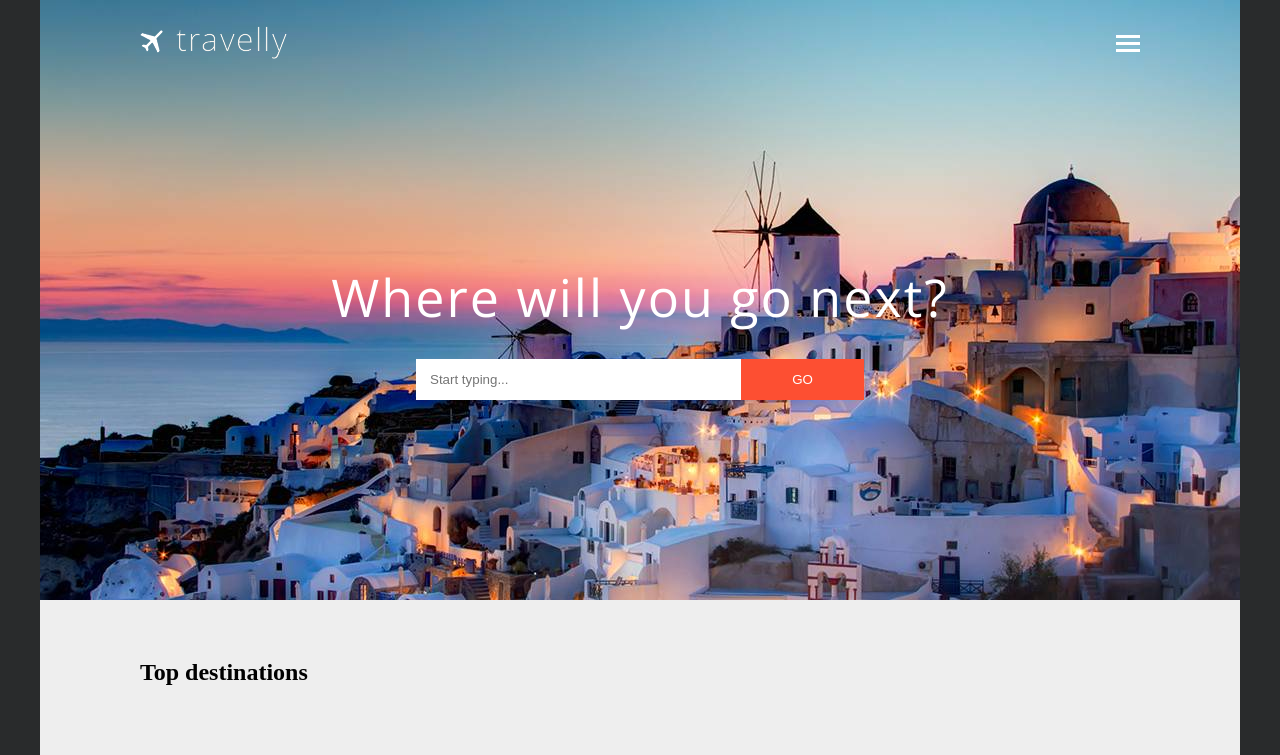
Repository: YusifHasanov/Web-Page-Template
Page: index.html
The author's editor kept a copy of each file at every save. The page is drawn from the files as they stood at one save, then again after the next save.
The browser window is 1280 px wide. The pictures show the whole page.

Above is the page before, as saved 2021-12-05 21:06:53.

### index.html
<!DOCTYPE html>
<html lang="en">
<head>
  <!-- !required meta tags -->
  <meta charset="UTF-8">
  <meta http-equiv="X-UA-Compatible" content="IE=edge">
  <meta name="viewport" content="width=device-width, initial-scale=1.0">
  <title>Document</title>
  <!-- !style css -->
  <link rel="stylesheet" href="./css/style.css" />
</head>
<body>

  <div class="container">
      <div class="header useless">
        <div class="navBar d-flex justify-between align-end">
          <img src="./img/logo.png" alt="traveller company logo" />
          <img src="./img/menubar.png" class="hamburger" alt="hamburger menu logo" />
        </div>
        <h1>Where will you go next?</h1>
        <form class="d-flex justify-center">
          <input type="text" id="search" name="search" [aria-label="search"] placeholder="Start typing..." />
          <button type="submit" role="button">GO</button>
        </form>
      </div>
      <div class="top-destinations useless">
            <h2>Top destinations</h2>
            <p></p>
      </div>
  </div>

</body>
</html>

### css/style.css
@import url('https://fonts.googleapis.com/css2?family=Open+Sans:wght@300&display=swap');

* {
  margin: 0;
  padding: 0;
  outline: 0;
  border: 0;
  box-sizing: border-box;
}

body {
  min-height: 100vh;
  background-color: #292b2c;
}

.d-flex {
  display: flex;
}

.justify-center {
  justify-content: center;
}

.justify-between {
  justify-content: space-between;
}

.align-end {
  align-items: flex-end;
}

.useless {
  padding-left: 8.33%;
  padding-right: 8.33%;
}

.container {
  max-width: 1200px;
  margin-left: auto;
  margin-right: auto;
}

.header {
  height: 600px;
  background-image: url(./../img//backgr.jpg);
}

.navBar {
  padding-top: 26px;
}

.hamburger {
  margin-bottom: 6px;
}

.header > h1 {
  font-size: 52px;
  letter-spacing: 2px;
  color: #ffffff;
  font-weight: 300;
  font-family: 'Open Sans', sans-serif;
  text-align: center;
  line-height: 45px;
  margin-top: 215px;
}

.header > h1 + form {
  margin-top: 40px;
  height: 41px;
}

button[type='submit'] {
  width: 123px;
  background-color: #fd4f32;
  color: white;
}

.header input[type='text'] {
  width: 325px;
  padding-left: 14px;
}

.top-destinations {
  padding-top: 59px;
  padding-bottom: 69px;
  background-color: #eee;
}

After the next save:
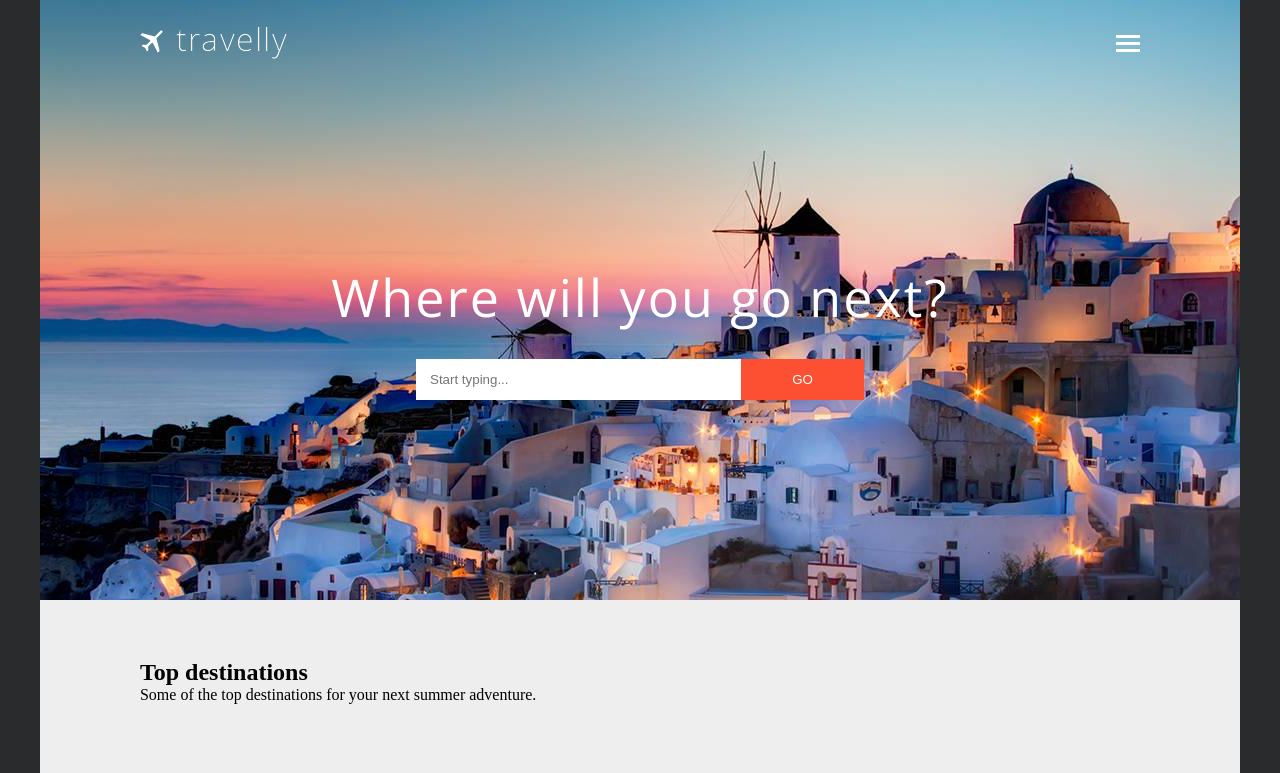
Saved 10 s later.
--- a/index.html
+++ b/index.html
@@ -25,7 +25,7 @@
       </div>
       <div class="top-destinations useless">
             <h2>Top destinations</h2>
-            <p></p>
+            <p>Some of the top destinations for your next summer adventure.</p>
       </div>
   </div>
 
